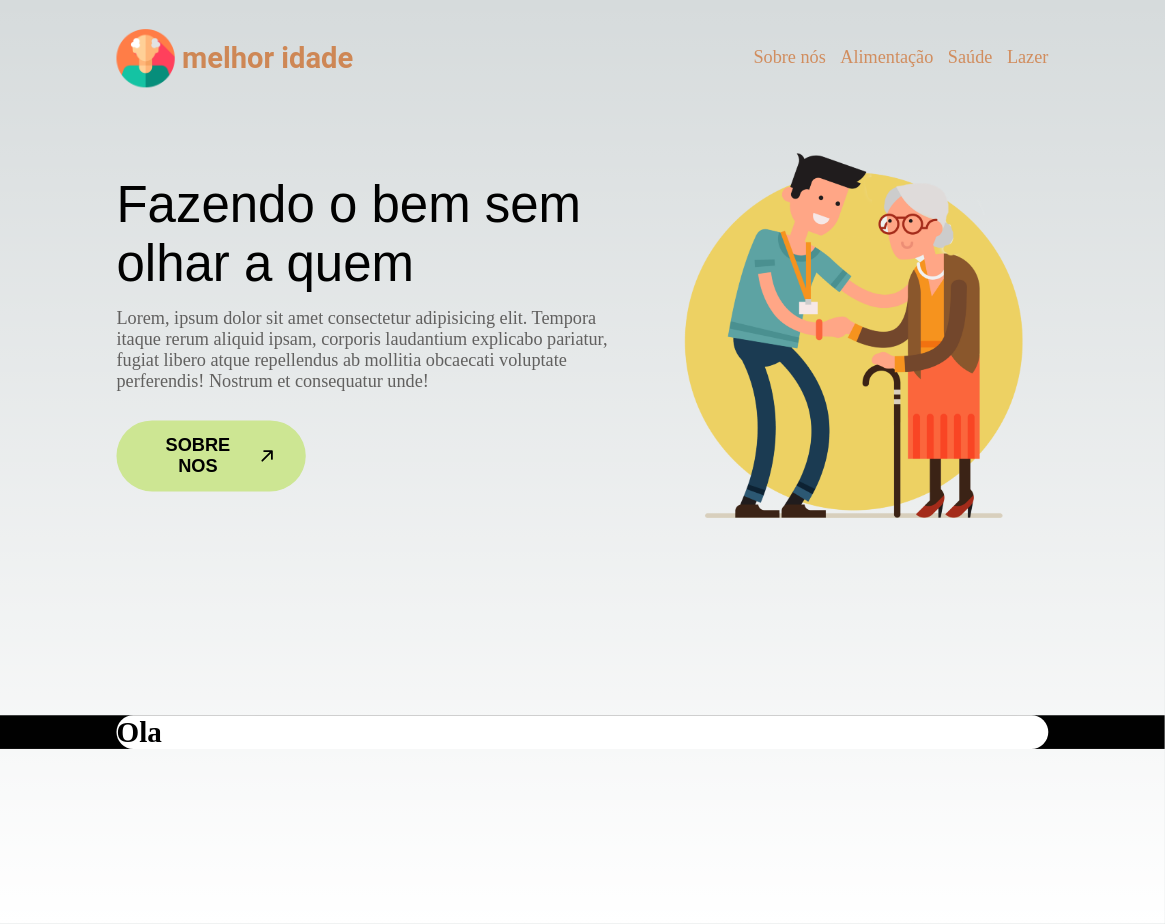
Repository: Giopol12/melhor-idade-online
Page: /index.page
The author's editor kept a copy of each file at every save. The page is drawn from the files as they stood at one save, then again after the next save.
The browser window is 1280 px wide. The pictures show the whole page, at 91% of full size.
The project was rebuilt for these pictures with package versions that can differ from the ones it lists, and the page was loaded fresh each time. The framework's server and built-in components were replaced by stand-ins that run in the browser. Also part of the build but not shown: next.config.js.

Above is the page before, as saved 2023-11-21 10:12:50.

After the next save:
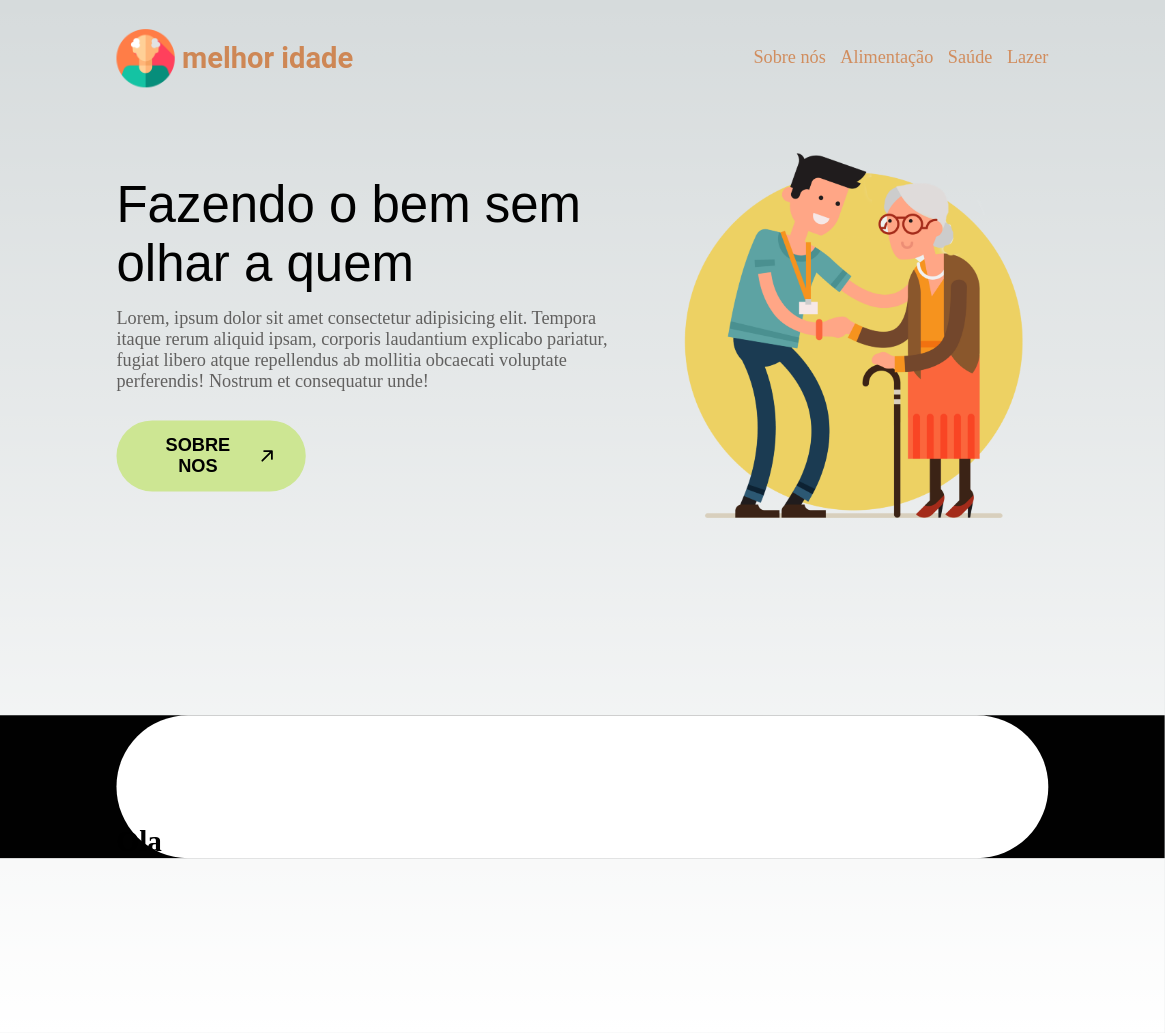
Saved 10 s later.
--- a/src/components/OurMission/styles.ts
+++ b/src/components/OurMission/styles.ts
@@ -7,7 +7,7 @@ export const OurMissionContainer = styled('div', {
 export const OurMissionContentContainer = styled('div', {
   maxWidth: 1024,
   background: '$white',
-  marginTop: '7.5rem',
+  paddingTop: '7.5rem',
   margin: '7.5rem auto',
   borderRadius: '9999px',
 })
